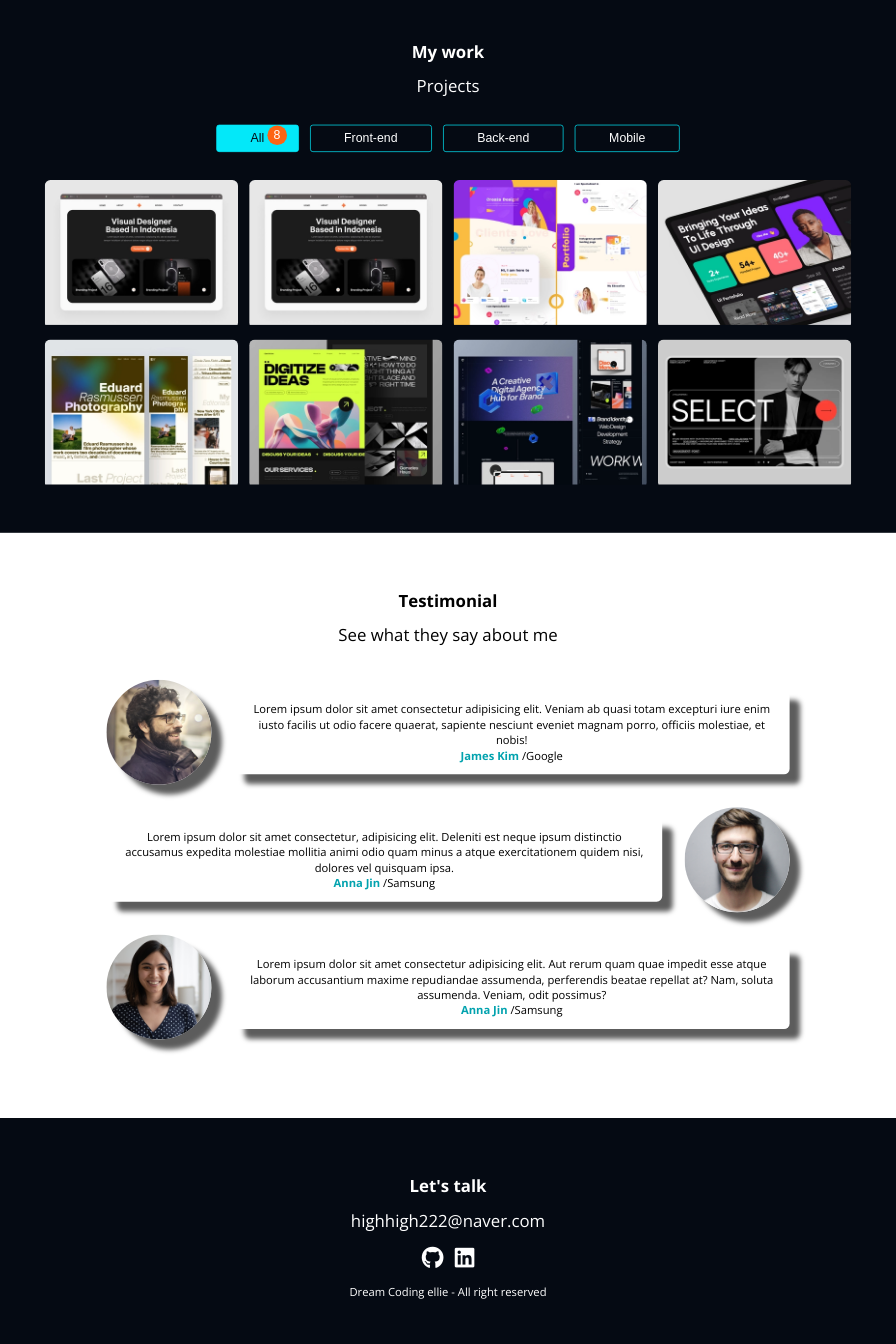
Repository: Arden-Sol/portfolio-website-clone-coding
Page: index.html
The author's editor kept a copy of each file at every save. The page is drawn from the files as they stood at one save, then again after the next save.
The browser window is 1280 px wide. The pictures show the part of the page from y = 2233 to 4153 px (the page is 4153 px tall), at 70% of full size.
Some web libraries are served in a nearby version.

Above is the page before, as saved 2024-04-06 23:48:42.

### index.html
<!DOCTYPE html>
<html lang="en">

<head>
  <meta charset="UTF-8">
  <meta name="viewport" content="width=device-width, initial-scale=1.0">
  <!-- SEO -->
  <title>Arden&#39;s portfolio</title>
  <meta name="description" content="포트폴리오 연습장" />
  <meta name="author" content="arden">
  <link rel="shortcut icon" href="image/favicon.jpg" type="image/x-icon">
  <!-- OG (Open Graph Data) -->
  <meta property="og:title" content="포트폴리오">
  <meta property="og:type" content="website">
  <meta property="og:url" content="https://arden-sol.github.io/portfolio-website-clone-coding/">
  <meta property="og:image" content="https://arden-sol.github.io/portfolio-website-clone-coding/image/og.webp">
  <!-- Goole Font -->
  <link rel="preconnect" href="https://fonts.googleapis.com">
  <link rel="preconnect" href="https://fonts.gstatic.com" crossorigin>
  <link href="https://fonts.googleapis.com/css2?family=Open+Sans:ital,wght@0,300..800;1,300..800&display=swap"
    rel="stylesheet">
  <!-- Font Awesome -->
  <script src="https://kit.fontawesome.com/4dc9c1b526.js" crossorigin="anonymous"></script>
  <!-- CSS -->
  <link rel="stylesheet" href="css/style.css">
  <!-- Javascript -->
  <!-- 타입-모듈: 독립적으로 개별화해서 고립된 모듈화 -->
  <script type="module" src="src/main.js" defer></script>
  <script type="module" src="src/projects.js" defer></script>
  <script type="module" src="src/active_menu.js" defer></script>
</head>

<body>
  <!-- Header -->
  <header class="header">
    <div class="header__logo">
      <img class="header__logo__img" src="image/favicon.jpg" alt="">
      <h1 class="header__logo__title"><a href="#">Ellie</a></h1>
    </div>
    <nav class="header__nav">
      <ul class="header__menu">
        <li><a class="header__menu__item active" href="#home">Home</a></li>
        <li><a class="header__menu__item" href="#about">About</a></li>
        <li><a class="header__menu__item" href="#skills">Skills</a></li>
        <li><a class="header__menu__item" href="#work">My work</a></li>
        <li><a class="header__menu__item" href="#testimonial">Testimonials</a></li>
        <li><a class="header__menu__item" href="#contact">Contact</a></li>
      </ul>
    </nav>
    <button class="header__bars" aria-label="navigation menu toggle">
      <i class="fa-solid fa-bars"></i>
    </button>
  </header>
  <!-- Main -->
  <main>
    <!-- Home -->
    <section id="home" class="section">
      <div class="home__container">
        <img class="home__avatar" src="image/picture.jpg" alt="picture">
        <h2 class="home__title">Lorem <br> <strong class="home__title--strong">ipsum dolor</strong> sit amet consectetur
          ad.</h2>
        <p class="home__description">Lorem ipsum dolor sit amet consectetur adipisicing elit. Rerum placeat optio beatae
          assumenda incidunt harum
          vel?</p>
        <a class="home__contact" href="#contact">Contact me</a>
      </div>
      <div class="home__divider">
        <svg data-name="Layer 1" xmlns="http://www.w3.org/2000/svg" viewBox="0 0 1200 120" preserveAspectRatio="none">
          <path
            d="M985.66,92.83C906.67,72,823.78,31,743.84,14.19c-82.26-17.34-168.06-16.33-250.45.39-57.84,11.73-114,31.07-172,41.86A600.21,600.21,0,0,1,0,27.35V120H1200V95.8C1132.19,118.92,1055.71,111.31,985.66,92.83Z"
            class="shape-fill"></path>
        </svg>
      </div>
    </section>
    <!-- About -->
    <section id="about" class="section max-container">
      <h2 class="title">About me</h2>
      <p class="description">Lorem ipsum dolor sit amet, consectetur adipisicing elit. Soluta, consequatur.</p>
      <ul class="majors">
        <li class="major">
          <i class="fa-brands fa-html5 major__icon"></i>
          <p class="major__title">Front-end</p>
          <p>HTML, CSS Javascript, TYPEscript</p>
        </li>
        <li class="major">
          <i class="fa-solid fa-mobile major__icon"></i>
          <p class="major__title">Mobile</p>
          <p>Lorem ipsum dolor sit amet consectetur.</p>
        </li>
        <li class="major">
          <i class="fa-solid fa-server major__icon"></i>
          <p class="major__title">Back-end</p>
          <p>Lorem, ipsum dolor sit amet consectetur adipisicing elit.</p>
        </li>
      </ul>
      <ul class="jobs">
        <li class="job"><img src="image/jobs/google.png" alt="google">
          <div>
            <p class="job__name">junior Front-end engineer</p>
            <p class="job__period">period</p>
          </div>
        </li>
        <li class="job"><img src="image/jobs/samsung.png" alt="samsung">
          <div>
            <p class="job__name">
              junior Front-end dngineer
            </p>
            <p class="job__period">period</p>
          </div>
        </li>
      </ul>
    </section>
    <!-- Skills -->
    <section id="skills" class="section">
      <div class="max-container">
        <h2 class="title">My Skills</h2>
        <p class="description">Skills & Attributes</p>
        <p>Lorem ipsum dolor sit amet consectetur, adipisicing elit. Quia tempore dignissimos suscipit deleniti saepe
          nemo
          doloremque voluptates minima ipsam! Nemo ab voluptas omnis libero commodi delectus sequi hic error inventore?
        </p>
        <div class="skills">
          <section class="skills__coding">
            <h3 class="skills__title">Conding Skills</h3>
            <ul>
              <li class="bar">
                <div class="bar__metadata"><span>HTML</span><span>98%</span></div>
                <div class="bar__bg">
                  <div class="bar__value" style="width: 98%"></div>
                </div>
              </li>
              <li class="bar">
                <div class="bar__metadata"><span>CSS</span><span>90%</span></div>
                <div class="bar__bg">
                  <div class="bar__value" style="width: 20%"></div>
                </div>
              </li>
              <li class="bar">
                <div class="bar__metadata"><span>Javascript</span><span>90%</span></div>
                <div class="bar__bg">
                  <div class="bar__value" style="width: 98%"></div>
                </div>
              </li>
              <li class="bar">
                <div class="bar__metadata"><span>TYPEscript</span><span>80%</span></div>
                <div class="bar__bg">
                  <div class="bar__value" style="width: 98%"></div>
                </div>
              </li>
              <li class="bar">
                <div class="bar__metadata"><span>NodeJs</span><span>78%</span></div>
                <div class="bar__bg">
                  <div class="bar__value" style="width: 98%"></div>
                </div>
              </li>
              <li class="bar">
                <div class="bar__metadata"><span>React</span><span>68%</span></div>
                <div class="bar__bg">
                  <div class="bar__value" style="width: 98%"></div>
                </div>
              </li>
            </ul>
          </section>
          <section class="skills__tools">
            <h3 class="skills__title">Tools</h3>
            <ul>
              <li>Visual Studio Code</li>
              <li>IntelliJ</li>
              <li>Android Studio Code</li>
              <li>iOS dvelopment toos</li>
              <li>Sketch app</li>
            </ul>
          </section>
          <section class="skills__etc">
            <h3 class="skills__title">Etc</h3>
            <ul>
              <li>Git</li>
              <li>Scurm Master</li>
              <li>Math</li>
            </ul>
          </section>
        </div>
      </div>
      <div class="skills__divider">
        <svg data-name="Layer 1" xmlns="http://www.w3.org/2000/svg" viewBox="0 0 1200 120" preserveAspectRatio="none">
          <path
            d="M0,0V46.29c47.79,22.2,103.59,32.17,158,28,70.36-5.37,136.33-33.31,206.8-37.5C438.64,32.43,512.34,53.67,583,72.05c69.27,18,138.3,24.88,209.4,13.08,36.15-6,69.85-17.84,104.45-29.34C989.49,25,1113-14.29,1200,52.47V0Z"
            opacity=".25" class="shape-fill"></path>
          <path
            d="M0,0V15.81C13,36.92,27.64,56.86,47.69,72.05,99.41,111.27,165,111,224.58,91.58c31.15-10.15,60.09-26.07,89.67-39.8,40.92-19,84.73-46,130.83-49.67,36.26-2.85,70.9,9.42,98.6,31.56,31.77,25.39,62.32,62,103.63,73,40.44,10.79,81.35-6.69,119.13-24.28s75.16-39,116.92-43.05c59.73-5.85,113.28,22.88,168.9,38.84,30.2,8.66,59,6.17,87.09-7.5,22.43-10.89,48-26.93,60.65-49.24V0Z"
            opacity=".5" class="shape-fill"></path>
          <path
            d="M0,0V5.63C149.93,59,314.09,71.32,475.83,42.57c43-7.64,84.23-20.12,127.61-26.46,59-8.63,112.48,12.24,165.56,35.4C827.93,77.22,886,95.24,951.2,90c86.53-7,172.46-45.71,248.8-84.81V0Z"
            class="shape-fill"></path>
        </svg>
      </div>
    </section>
    <!-- Work -->
    <section id="work" class="section">
      <div class="max-container">
        <h2 class="title">My work</h2>
        <p class="description">Projects</p>
        <ul class="categories">
          <li><button class="category category--selected" data-filter="all">All <span
                class="category__count">8</span></button></li>
          <li><button class="category" data-filter="front-end">Front-end <span class="category__count">3</span></button>
          </li>
          <li><button class="category" data-filter="back-end">Back-end <span class="category__count">3</span></button>
          </li>
          <li><button class="category" data-filter="mobile">Mobile <span class="category__count">2</span></button></li>
        </ul>
        <ul class="projects">
          <li class="project" data-type="front-end">
            <a href="#" target="_blank">
              <img src="image/projects/project1.webp" alt="project8" class="project__img">
              <div class="project__metadata">
                <h3 class="project__title">Project #1</h3>
                <p>Clone Coding with HTML, CSS</p>
              </div>
            </a>
          </li>
          <li class="project" data-type="front-end"><a href="#" target="_blank"><img src="image/projects/project1.webp"
                alt="project1" class="project__img">
              <div class="project__metadata">
                <h3 class="project__title">Project #1</h3>
                <p>Clone Coding with HTML, CSS</p>
              </div>
            </a></li>
          <li class="project" data-type="front-end"><a href="#" target="_blank"><img src="image/projects/project2.webp"
                alt="project2" class="project__img">
              <div class="project__metadata">
                <h3 class="project__title">Project #2</h3>
                <p>Clone Coding with HTML, CSS</p>
              </div>
            </a></li>
          <li class="project" data-type="back-end"><a href="#" target="_blank"><img src="image/projects/project3.webp"
                alt="project3" class="project__img">
              <div class="project__metadata">
                <h3 class="project__title">Project #3</h3>
                <p>Clone Coding with HTML, CSS</p>
              </div>
            </a></li>
          <li class="project" data-type="back-end"><a href="#" target="_blank"><img src="image/projects/project4.webp"
                alt="project4" class="project__img">
              <div class="project__metadata">
                <h3 class="project__title">Project #4</h3>
                <p>Clone Coding with HTML, CSS</p>
              </div>
            </a></li>
          <li class="project" data-type="back-end"><a href="#" target="_blank"><img src="image/projects/project5.webp"
                alt="project5" class="project__img">
              <div class="project__metadata">
                <h3 class="project__title">Project #5</h3>
                <p>Clone Coding with HTML, CSS</p>
              </div>
            </a></li>
          <li class="project" data-type="mobile"><a href="#" target="_blank"><img src="image/projects/project6.webp"
                alt="project6" class="project__img">
              <div class="project__metadata">
                <h3 class="project__title">Project #6</h3>
                <p>Clone Coding with HTML, CSS</p>
              </div>
            </a></li>
          <li class="project" data-type="mobile"><a href="#" target="_blank"><img src="image/projects/project7.webp"
                alt="project7" class="project__img">
              <div class="project__metadata">
                <h3 class="project__title">Project #7</h3>
                <p>Clone Coding with HTML, CSS</p>
              </div>
            </a></li>
        </ul>
      </div>
    </section>
    <!-- Testimonials -->
    <section id="testimonial" class="section max-container">
      <h2 class="title">Testimonial</h2>
      <p class="description">See what they say about me</p>
      <ul class="testimonials">
        <li class="testimonial"><img class="testimonial__img" src="image/testimonials/people1.webp" alt="people1">
          <div class="testimonial__bubble">
            <p>Lorem ipsum dolor sit amet consectetur adipisicing elit. Veniam ab quasi totam excepturi iure enim iusto
              facilis ut odio facere quaerat, sapiente nesciunt eveniet magnam porro, officiis molestiae, et nobis!</p>
            <p><a class="testimonial__bubble__name" href="#">James Kim</a> /Google</p>
          </div>
        </li>
        <li class="testimonial"><img class="testimonial__img" src="image/testimonials/people2.webp" alt="people2">
          <div class="testimonial__bubble">
            <p>Lorem ipsum dolor sit amet consectetur, adipisicing elit. Deleniti est neque ipsum distinctio accusamus
              expedita molestiae mollitia animi odio quam minus a atque exercitationem quidem nisi, dolores vel quisquam
              ipsa.</p>
            <p><a class="testimonial__bubble__name" href="#">Anna Jin </a>/Samsung</p>
          </div>
        </li>
        <li class="testimonial">
          <img class="testimonial__img" src="image/testimonials/people3.webp" alt="people3">
          <div class="testimonial__bubble">
            <p>Lorem ipsum dolor sit amet consectetur adipisicing elit. Aut rerum quam quae impedit esse atque laborum
              accusantium maxime repudiandae assumenda, perferendis beatae repellat at? Nam, soluta assumenda. Veniam,
              odit possimus?</p>
            <p><a class="testimonial__bubble__name" href="#">Anna Jin </a>/Samsung</p>
          </div>
        </li>
      </ul>
    </section>
    <!-- Arrow up -->
    <aside>
      <a class="arrow-up" href="#home" title="back to top">
        <i class="fa-solid fa-arrow-up"></i></a>
    </aside>
  </main>
  <!-- Footer -->
  <footer id="contact" class="section">
    <div class=" max-container">
      <h2 class="title">Let&#39;s talk</h2>
      <p class="description">highhigh222@naver.com</p>
      <ul class="contact__links">
        <li>
          <a class="contact__link" href="#" title="arden github link" target="_blank">
            <i class="fa-brands fa-github"></i>
          </a>
        </li>
        <li>
          <a class="contact__link" href="#" title="arden linkedin link" target="_blank">
            <i class="fa-brands fa-linkedin"></i>
          </a>
        </li>
      </ul>
      <p>Dream Coding ellie - All right reserved</p>
    </div>
  </footer>


</body>

</html>

Loaded but not shown: src/active_menu.js (47 lines, source omitted); src/main.js (40 lines, source omitted); src/projects.js (36 lines, source omitted); css/style.css (566 lines, source omitted)

After the next save:
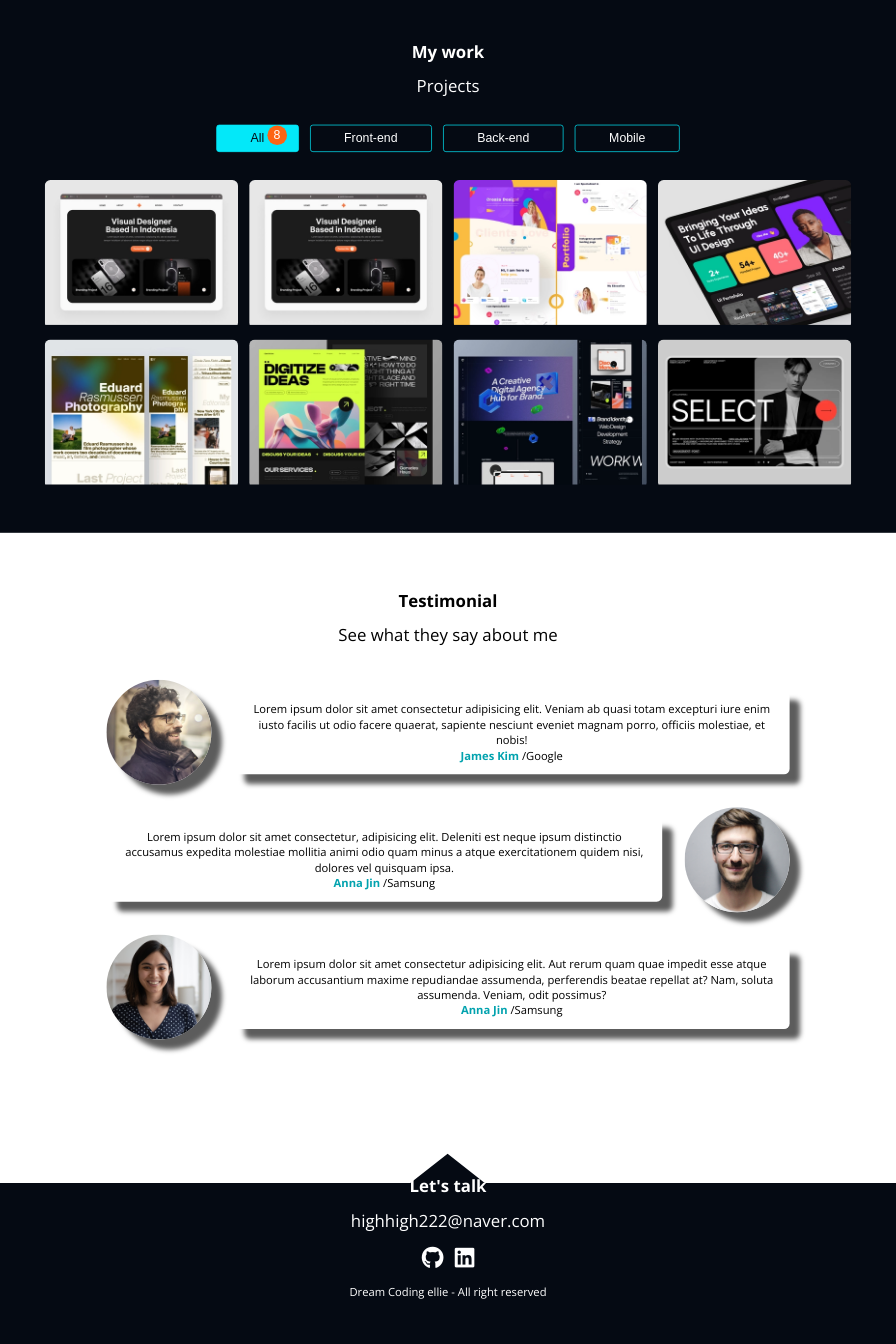
Saved 8 s later.
--- a/index.html
+++ b/index.html
@@ -310,6 +310,11 @@
   </main>
   <!-- Footer -->
   <footer id="contact" class="section">
+    <div class="custom-shape-divider-top-1712414894">
+      <svg data-name="Layer 1" xmlns="http://www.w3.org/2000/svg" viewBox="0 0 1200 120" preserveAspectRatio="none">
+        <path d="M649.97 0L599.91 54.12 550.03 0 0 0 0 120 1200 120 1200 0 649.97 0z" class="shape-fill"></path>
+      </svg>
+    </div>
     <div class=" max-container">
       <h2 class="title">Let&#39;s talk</h2>
       <p class="description">highhigh222@naver.com</p>
